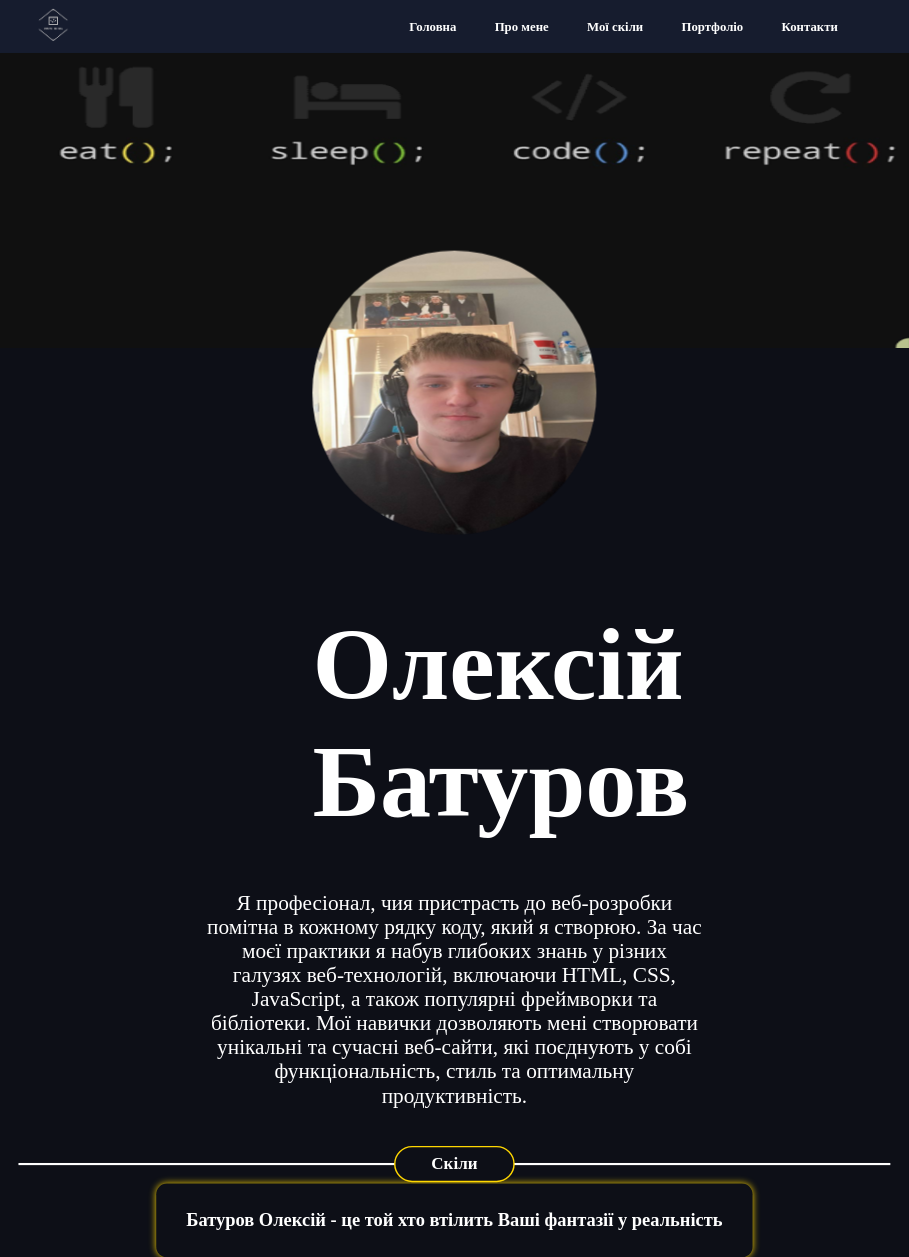
Repository: qtqqrdy13/cv-2
Page: index.html
These files come from the project's save history. The page is drawn as it stood at one moment and after the next save; the edit follows.
The browser window is 1280 px wide. The pictures show the whole page, at 71% of full size.

Above is the page before, as saved 2023-10-04 21:26:48.

### index.html
<!DOCTYPE html>
<html lang="en">
<head>
    <link rel="stylesheet" href="main.css">
    <meta charset="UTF-8">
    <meta name="viewport" content="width=device-width, initial-scale=1.0">
    <title>Батуров Олексій</title>
</head>
<body>
    <header>
        <div class="logo">
            <img src="../My-CV Леша/image/media/logo.png" alt="logo">
        </div>
        <nav>
            <ul>
                <li><a href="">Головна</a></li>
                <li><a href="">Про мене</a></li>
                <li><a href="">Мої скіли</a></li>
                <li><a href="">Портфоліо</a></li>
                <li><a href="">Контакти</a></li>
            </ul>
        </nav>
    </header>

    <div class="container-top">
        <div class="img-container">
          <img class="img-1" src="../cv 2/image/code.gif" alt="">
          <img class="img-2" src="../cv 2/image/photo_2023-09-09_18-51-06.jpg" alt="">
      </div>
      <div class="container-text">
        <div class="text-block">
            <h1>Олексій Батуров</h1>
        </div>
    </div>
    </div>
    <div class="description">
        <p>Я професіонал, чия пристрасть до веб-розробки
            помітна в кожному рядку коду, який я створюю.
            За час моєї практики я набув глибоких знань у
            різних галузях веб-технологій, включаючи HTML,
            CSS, JavaScript, а також популярні фреймворки
            та бібліотеки. Мої навички дозволяють мені
            створювати унікальні та сучасні веб-сайти,
            які поєднують у собі функціональність, стиль
            та оптимальну продуктивність.  </p>
    </div>

    <div id="about_us">
        <div class="announcement">
            <h2 class="title">
                Скіли
            </h2>
        </div>
    </div>
    <div class="container">
        <div class="header">
            <h1> Батуров Олексій - це той хто втілить Ваші фантазії у реальність</h1>
        </div>



    </div>

</body>
</html>

### main.css
body {
    background-color: #0d0f17;
    margin: 0;
    padding: 0;

}

header {
    background-color: #161C2E;
    color: white;
    padding: 10px 0px;
    position: fixed;
    top: 0;
    width: 100%;
    display: flex;
    justify-content: space-between;
    align-items: center;
    z-index: 1000;
}

.logo img {
    height: 50px;
    margin-left: 50px;
}

nav ul {
    list-style: none;
    margin-right: 50px;
}

nav li {
    display: inline;
    margin-right: 50px;
}

nav a {
    text-decoration: none;
    color: white;
    font-weight: bold;
    font-size: 18px;
}

nav a:hover {
    color: gold;
    font-size: 24px;
    box-shadow: 0 0 10px gold;


}

.container-top {
    display: flex;
    flex-direction: column;
    align-items: center;
    width: 100%;
    overflow: visible;
    position: relative;
}

.img-container {
    width: 100%;
    max-width: 100vw;
    position: relative;
    overflow:visible;
    order: 1;
}

.img-1 {
    width: 100%;
    height: 500px;
   position:relative;
    animation: slideUp 2s ease-in-out infinite alternate;
}

.img-2 {
    width: 400px;
    height: 400px;
    max-width: 100%;
    position: absolute;
    top: calc(60% + 10%);;
    left: 50%;
    transform: translateX(-50%);
    z-index: 2;
    border-radius: 50%;
}
@keyframes slideUp{
    0%{
        transform: translateY(0);
    }
    100%{
        transform: translateY(-20px);
    }
}
@media  screen and(max-width: 768px) {
    .container{
        padding: 2px;
    }
    .img-1, .img-2{
        height: auto;
    }
}

.container-text {
    display: flex;
    flex-direction: column;
    align-items: center;
    justify-content: center;
    height: 100vh;
    order: 2;
}

.text-block {
    width: 400px;
    height: 214px;
    font-size: 60px;
    text-align: center;
    color: white;
    animation: fadeIn 2s ease-in-out;
    margin: 0 auto;
}

.description {
    width: 700px;
    height: 256px;
    text-align: center;
    color: white;
    animation: slideIn 2s ease-in-out;
    margin: 0 auto;
    margin-bottom: 10%;
}

@keyframes fadeIn {
    0% {
        opacity: 0;
    }
    100% {
        opacity: 1;
    }
}

@keyframes slideIn {
    0% {
        transform: translateY(-20px);
        opacity: 0;
    }
    100% {
        transform: translateY(0);
        opacity: 1;
    }
}

/* Адаптация для маленьких экранов */
@media (max-width: 600px) {
    .text-block {
        font-size: 36px;
    }

    .description {
        font-size: 18px;
    }
}

/* Адаптация для планшетов */
@media (min-width: 601px) and (max-width: 1024px) {
    .text-block {
        font-size: 48px;
    }

    .description {
        font-size: 24px;
    }
}

/* Адаптация для больших экранов */
@media (min-width: 1025px) {
    .text-block {
        font-size: 72px;
    }

    .description {
        font-size: 30px;
    }
}

.announcement {
    height: 3px;
    background-color: white;
    display: flex;
    justify-content: center;
    align-items: center;
    margin: 2% 2%;
}

.title {
    animation-name: fade-in;
    animation-duration: 0.3s;
    text-align: center;
    text-decoration: none;
    color: white;
    border: 2px solid gold;
    background-color: #0d0f17;
    border-radius: 30px;
    padding: 10px 50px;
}

.title:hover {

    color: gold;
    font-size: 26px;
    box-shadow: 0 0 6px gold;
}

@keyframes fade-in {
    from {
        opacity: 0;
    }

    to {
        opacity: 1;
    }
}

.container {
    width: 80%;
    max-width: 800px;
    margin: 0 auto;
    padding: 20px;
    box-shadow:0 0 10px gold;
    animation: fadeIn 1s ease-in-out;
    border-radius: 15px;
}
.container:hover{
    box-shadow:0 0 16px gold;
}
.header h1{
    text-align: center;
    font-size:26px;
    color:white;
}
.content_title{
    font-size:24px;
    margin-top:20px;
    color:white;
}
.content p{
    font-size:18px;
    margin-top:10px;
    padding-left:20px;
    color:white;
    display: inline-block;

}
@keyframes fadeIn {
    0%{
        opacity: 0;
    }
100%{
    opacity: 1;
}
}
@media screen and(max-width:600px){
    .container{
        width: 95%;
    }
    .header h1{
        font-size:24px;
    }
    .content p {
        font-size:16px;
    }
}
@media screen and(max-width:992px) {
    .container{
        width: 90%;
    }

}

After the next save:
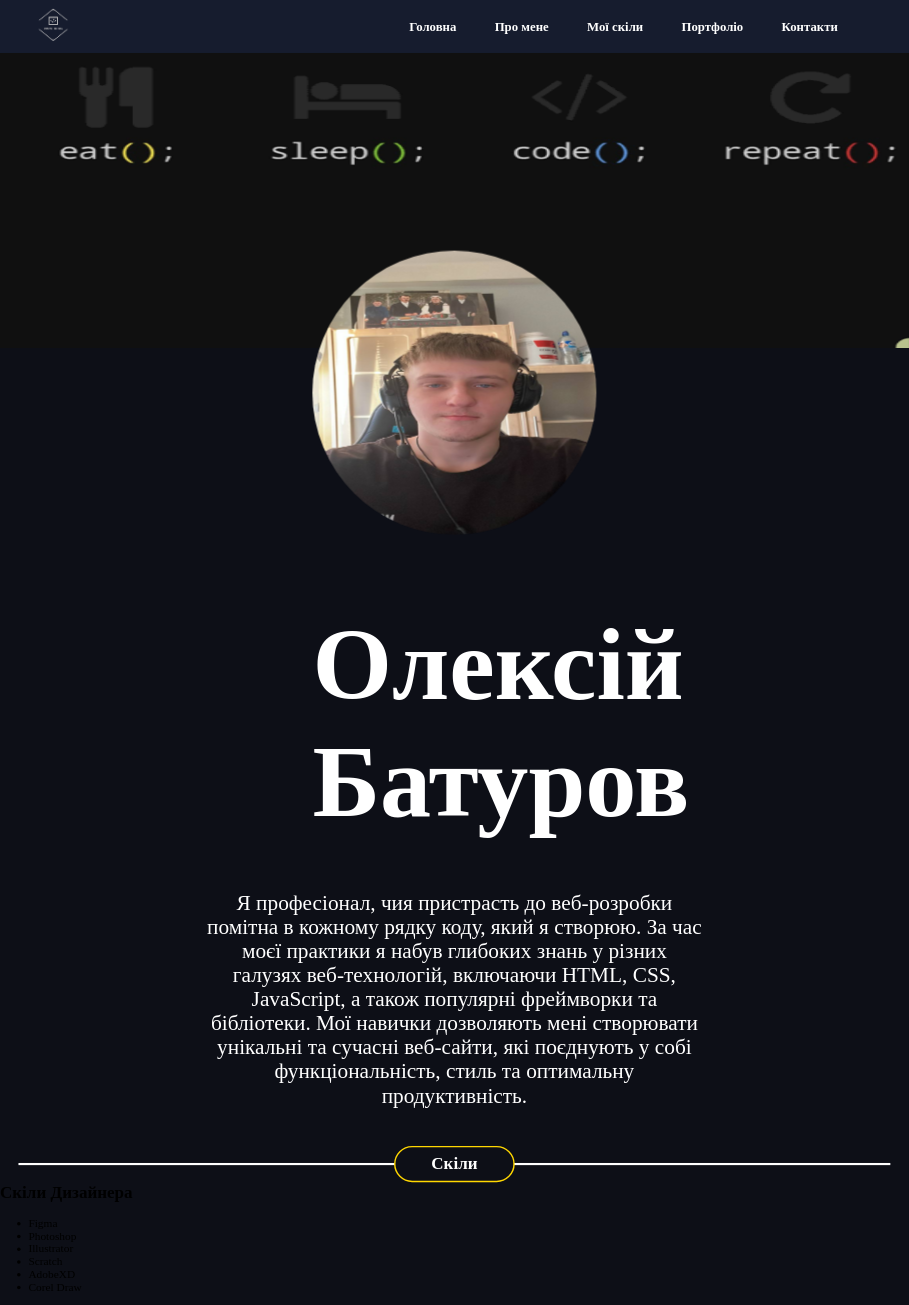
Saved 4 min 11 s later.
--- a/index.html
+++ b/index.html
@@ -52,14 +52,19 @@
             </h2>
         </div>
     </div>
-    <div class="container">
-        <div class="header">
-            <h1> Батуров Олексій - це той хто втілить Ваші фантазії у реальність</h1>
-        </div>
-
-
-
+   <div class="block">
+    <h2>Скіли Дизайнера</h2>
+    <div class="content">
+        <ul>
+            <li>Figma</li>
+            <li>Photoshop</li>
+            <li>Illustrator</li>
+            <li>Scratch</li>
+            <li>AdobeXD</li>
+            <li>Corel Draw</li>
+        </ul>
     </div>
+   </div>
 
 </body>
 </html>
